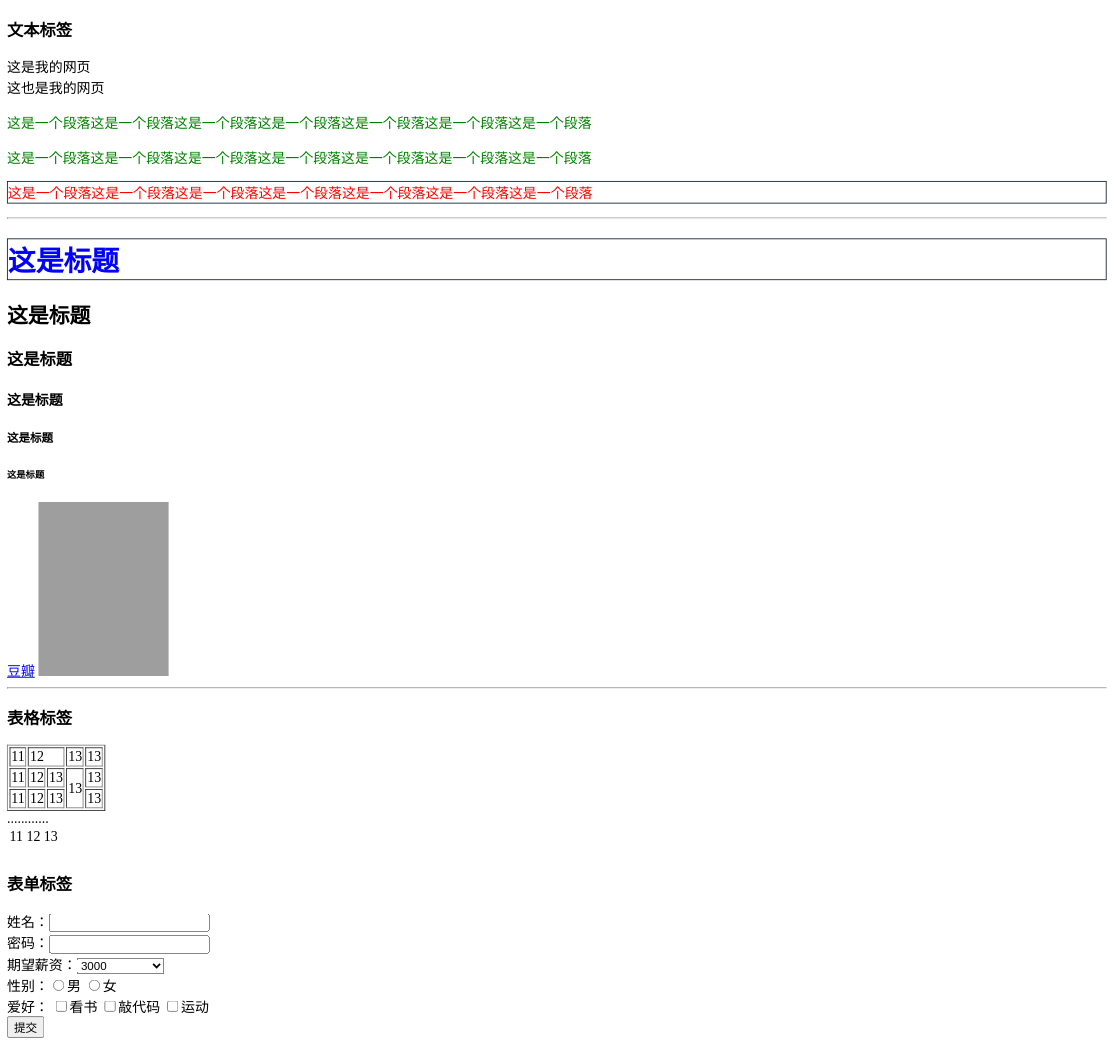
Repository: Jiege005/mytest-software-project
Page: mytest/WebContent/NewFile.html
An editor plug-in stored every save of this project. The page is shown before and after the next save, followed by the edit.
The browser window is 1280 px wide. The pictures show the whole page, at 87% of full size.
Pictures or frames that could not be fetched are drawn as grey boxes.

Above is the page before, as saved 2025-06-17 08:00:40.

### mytest/WebContent/NewFile.html
<!DOCTYPE html>
<html lang="en">
	<head>
		<meta charset="UTF-8">
		<title>我的网页</title>
	    <!-- 标签选择器 -->
		<style type="text/css">
			#p1{
				color: green;
			}
			p{
				color: red;
			}
			.c{
				color: blue;
				border: 1px solid #123;
			}
		</style>


		 <!-- 引入外部css文件 -->
		 <link rel="stylesheet" type="text/css" href="css/index.css">
	</head>
	<body>
		<!-- 文本标签 -->
		<h3>文本标签</h3>
		这是我的网页<br>这也是我的网页 <br>
		<p id="p1">这是一个段落这是一个段落这是一个段落这是一个段落这是一个段落这是一个段落这是一个段落</p>
		<p id="p1">这是一个段落这是一个段落这是一个段落这是一个段落这是一个段落这是一个段落这是一个段落</p>
		<p class="c" style="color: red;">这是一个段落这是一个段落这是一个段落这是一个段落这是一个段落这是一个段落这是一个段落</p>
		<hr>
		<h1 class="c">这是标题</h1>
		<h2>这是标题</h2>
		<h3>这是标题</h3>
		<h4>这是标题</h4>
		<h5>这是标题</h5>
		<h6>这是标题</h6>
		<a href="https://www.douban.com/" target="_blank">豆瓣</a>
		<a href="https://movie.douban.com/subject/36247731/?from=showing" target="_blank">
			<img alt="电影" title="驯龙高手" src="images/img1.png" width="150" height="200">
		</a>

		<hr>
		<h3>表格标签</h3>
		<table border="1">
			<tr>
				<td>11</td>
				<td colspan="2">12</td>
				<td>13</td>
				<td>13</td>
			</tr>
			<tr>
				<td>11</td>
				<td>12</td>
				<td>13</td>
				<td rowspan="2">13</td>
				<td>13</td>
			</tr>
			<tr>
				<td>11</td>
				<td>12</td>
				<td>13</td>
				<td>13</td>
			</tr>
		</table>

		<table class="table table-hover">
  			<!-- On rows -->
			<tr class="active">
				<td>11</td>
				<td>12</td>
				<td>13</td>
			</tr>
			<tr class="success">...</tr>
			<tr class="warning">...</tr>
			<tr class="danger">...</tr>
			<tr class="info">...</tr>


		</table>

		<h3>表单标签</h3>
		<form action="other.html">
			姓名：<input type="text" name="name"><br>
			密码：<input type="password" name="password"><br>
			期望薪资：<select>
						<option>3000</option>
						<option>3000-6000</option>
						<option>6000-10000</option>
						<option>10000-20000</option>
						<option>越多越好</option>
			         </select><br>
                        性别：<input type="radio" name="sex" id="boy"><label for="boy">男</label>
                 <input type="radio" name="sex" id="girl"><label for="girl">女</label><br>
			爱好： <input type="checkbox" name="hobby">看书
			      <input type="checkbox" name="hobby">敲代码
			      <input type="checkbox" name="hobby">运动<br>
			<input type="submit" value="提交">
		</form>

	</body>
</html>

### mytest/WebContent/css/index.css
#p1{
	color: green;
}
p{
	color: red;
}
.c{
	color: blue;
}

After the next save:
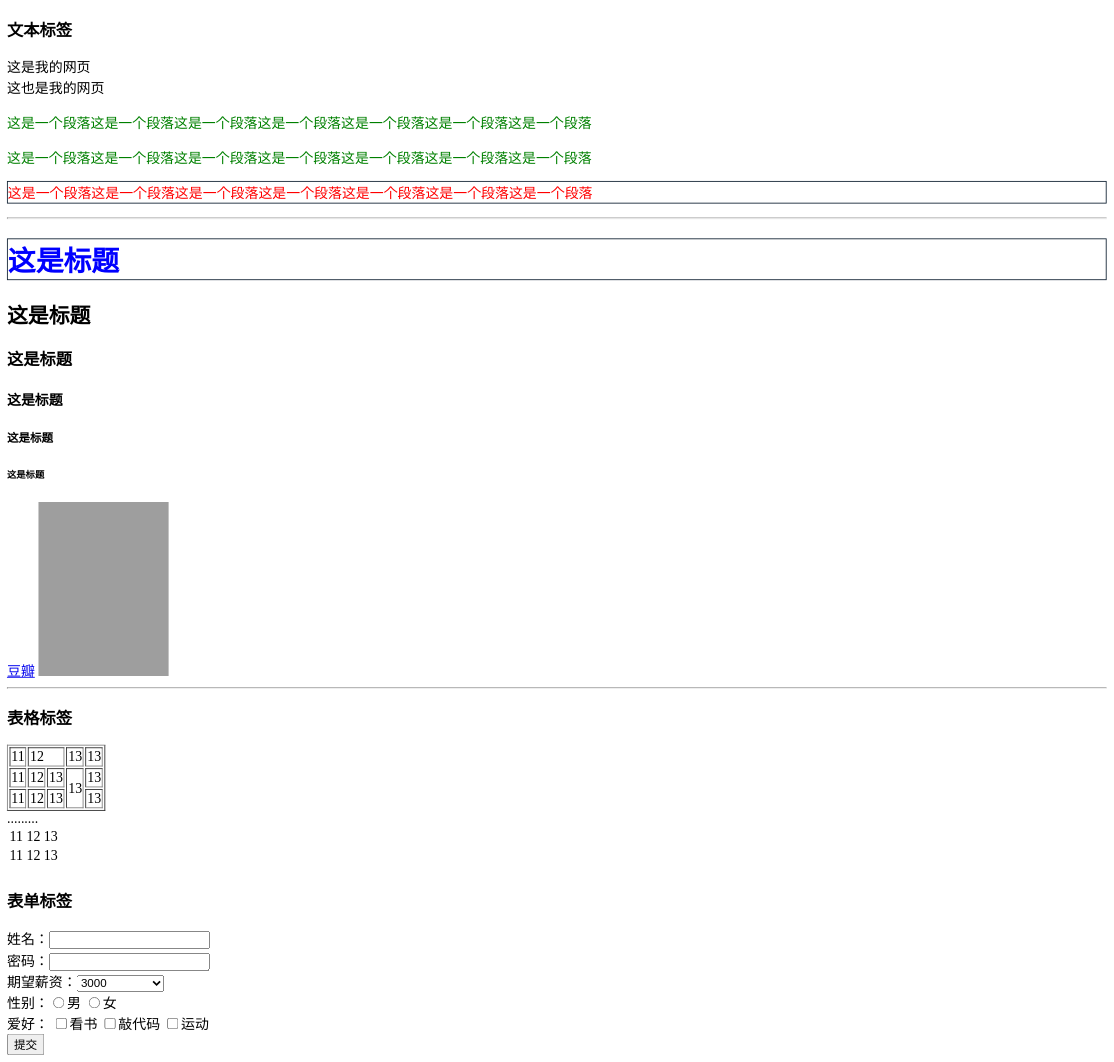
Saved 25 s later.
--- a/mytest/WebContent/NewFile.html
+++ b/mytest/WebContent/NewFile.html
@@ -71,7 +71,11 @@
 				<td>12</td>
 				<td>13</td>
 			</tr>
-			<tr class="success">...</tr>
+			<tr class="success">
+				<td>11</td>
+				<td>12</td>
+				<td>13</td>
+			</tr>
 			<tr class="warning">...</tr>
 			<tr class="danger">...</tr>
 			<tr class="info">...</tr>
